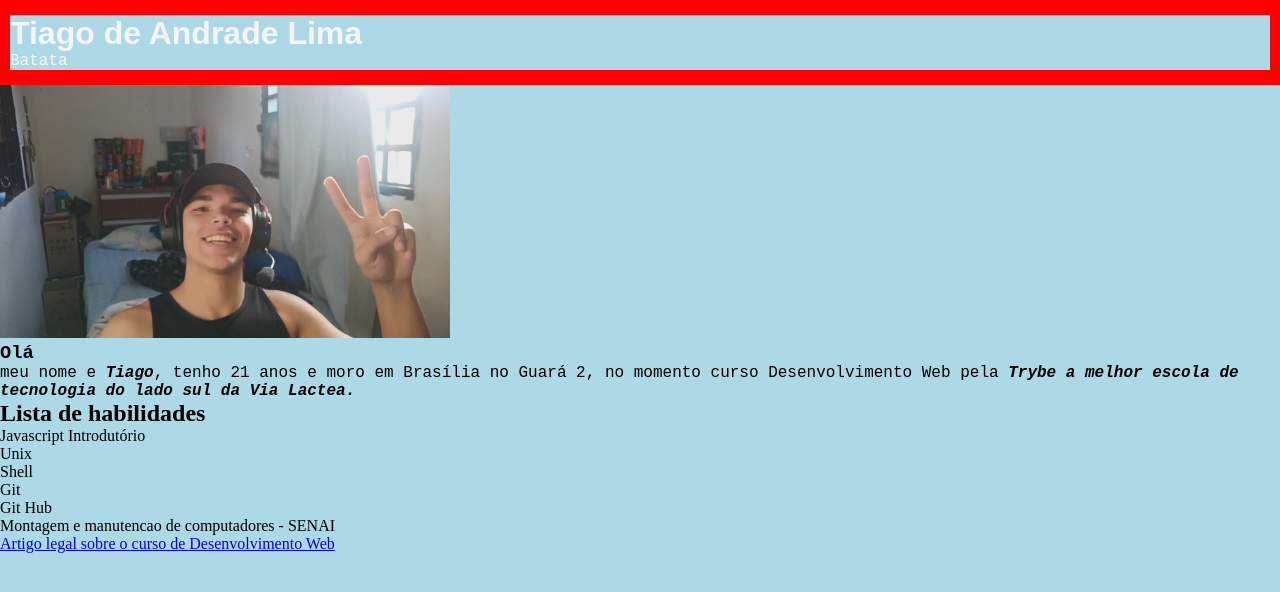
Repository: Batatiago/Batatiago.github.io
Page: index.html
An editor plug-in stored every save of this project. The page is shown before and after the next save, followed by the edit.
The browser window is 1280 px wide. The pictures show the whole page.

Above is the page before, as saved 2023-06-29 08:46:08.

### index.html
<!DOCTYPE html>
<html lang="pt-br">

<head>
  <meta charset="UTF-8">
  <title>Tiago de Andrade Lima</title>
  <link rel="stylesheet" href="style.css">
</head>

<body>
  <div class="titulo">
    <h1 class="meuNome"> Tiago de Andrade Lima</h1>
    <p>Batata</p>
  </div>
  <div>
    <img src="2023-06-23-160707.jpg" alt="Imagem de Tiago" id="foto" width="450px">
    <h3>Olá</h3>
    <p class="descricao"> meu nome e <strong><em>Tiago</em></strong>, tenho 21 anos e moro em Brasília no Guará 2, no
      momento curso Desenvolvimento
      Web pela <strong><em>Trybe a melhor escola de tecnologia do lado sul da Via Lactea.</em></strong></p>
  </div>
  <h2>Lista de habilidades</h2>
  <ul>
    <li class="javascript">Javascript Introdutório</li>
    <li class="unix">Unix</li>
    <li class="shell">Shell</li>
    <li class="git">Git</li>
    <li class="gitHub">Git Hub</li>
    <li>Montagem e manutencao de computadores - SENAI</li>
  </ul>
  <a href="https://blog.betrybe.com/carreira/frontend/" target="_blank">Artigo legal sobre o curso de Desenvolvimento
    Web</a>
</body>

</html>

### style.css
* {
    background-color: lightblue;
    margin: 0;
    border: 0;
    padding: 0;
}

.titulo{
    text-align: justify;
    background-color: rgb(255, 0, 0);
    color: whitesmoke;
    padding: 15px 10px;
    }

    h3, p {
        font-family: 'Courier New', Courier, monospace;
    }

    .meuNome {
        font-family: sans-serif;
    }

After the next save:
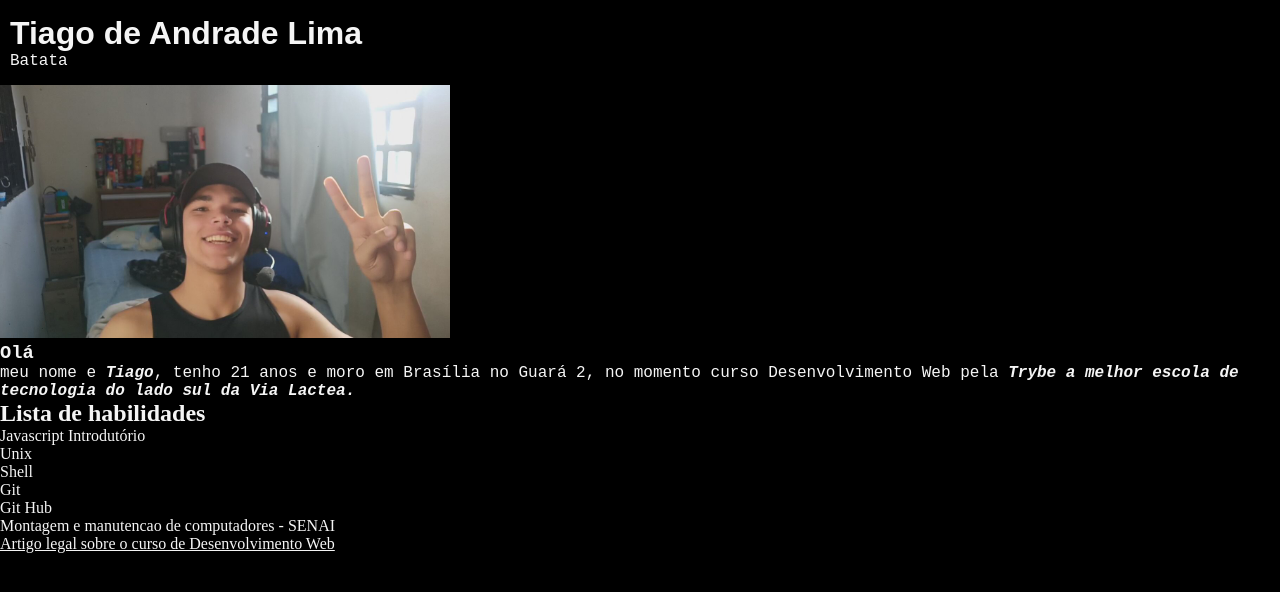
Saved 7 min 52 s later.
--- a/style.css
+++ b/style.css
@@ -1,14 +1,13 @@
 * {
-    background-color: lightblue;
+    background-color: black;
     margin: 0;
     border: 0;
     padding: 0;
+    color: whitesmoke;
 }
 
 .titulo{
     text-align: justify;
-    background-color: rgb(255, 0, 0);
-    color: whitesmoke;
     padding: 15px 10px;
     }
 
